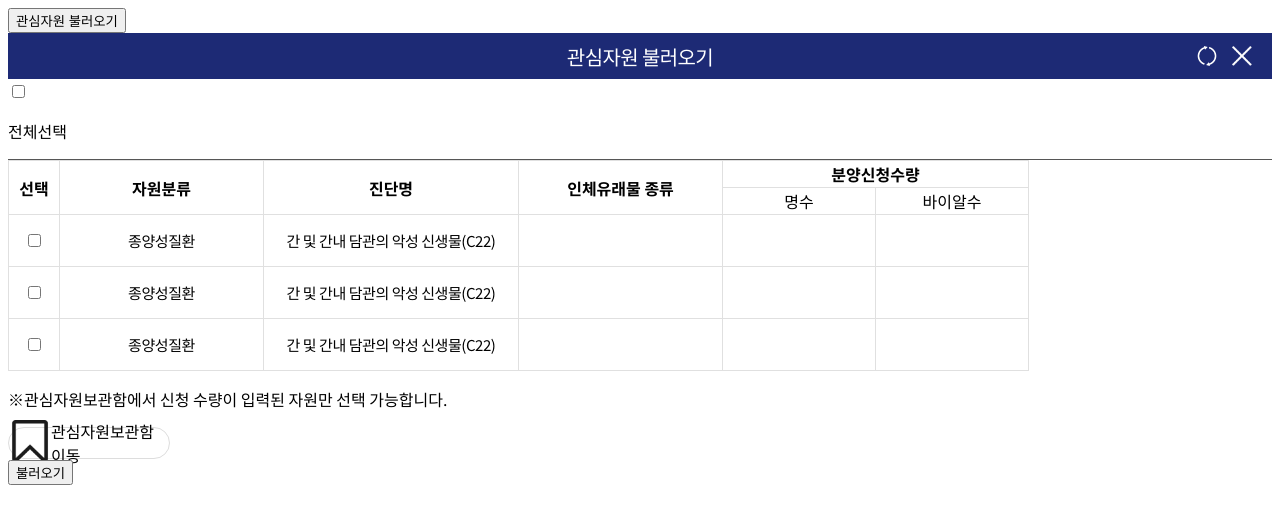
Repository: dlgywls1130/one_popup
Page: index.html
The author's editor kept a copy of each file at every save. The page is drawn from the files as they stood at one save, then again after the next save.
The browser window is 1280 px wide. The pictures show the whole page.
Some web fonts or font styles are not loaded; a fallback is used.

Above is the page before, as saved 2023-10-25 22:13:56.

### index.html
<!DOCTYPE html>
<html lang="en">
<head>
    <meta charset="UTF-8">
    <meta name="viewport" content="width=device-width, initial-scale=1.0">
    <title>관심자원</title>

    <link rel="stylesheet" href="./style.css">

</head>
<body>
    <button type="button">관심자원 불러오기</button>

    <div class="modal_new">
        <div class="modal_head">
            <div class="modal_title">관심자원 불러오기</div>
            <div class="modal_right">
                <div class="refresh">
                    <img src="./img/reload.png">
                </div>
                <div class="close">
                    <img src="./img/close.png">
                </div>
            </div>
        </div>
        <div class="modal_body">
            <div class="all_check">
                <label>
                    <input type="checkbox">
                    <p>전체선택</p>
                </label>
            </div>

            <div class="body_all_list">
                <table class="list_table_wrap">
                    <tr class="table_head">
                        <th rowspan='2'>선택</th>
                        <th rowspan='2'>자원분류</th>
                        <th rowspan='2'>진단명</th>
                        <th rowspan='2'>인체유래물 종류</th>
                        <th colspan='2'>분양신청수량</th>
                    </tr>
                    <tr class="table_head">
                        <td class="column_sum">명수</td>
                        <td class="column_sum">바이알수</td>
                    </tr>
                    <tr class="table_body_content">
                        <td><input type="checkbox" name="choice"></td>
                        <td>종양성질환</td>
                        <td>간 및 간내 담관의 악성 신생물(C22)</td>
                        <td></td>
                        <td></td>
                        <td></td>
                    </tr>
                    <tr  class="table_body_content">
                        <td><input type="checkbox" name="choice"></td>
                        <td>종양성질환</td>
                        <td>간 및 간내 담관의 악성 신생물(C22)</td>
                        <td></td>
                        <td></td>
                        <td></td>
                    </tr>
                    <tr  class="table_body_content">
                        <td><input type="checkbox" name="choice"></td>
                        <td>종양성질환</td>
                        <td>간 및 간내 담관의 악성 신생물(C22)</td>
                        <td></td>
                        <td></td>
                        <td></td>
                    </tr>
                </table>
            </div>


            <p>※관심자원보관함에서 신청 수량이 입력된 자원만 선택 가능합니다.</p>
            <div class="bookmark_link">
                <div class="bookmark_img"><img src="./img/bookmark.png"></div>
                <p>관심자원보관함 이동</p>
            </div>

            <div class="button_import">
                <button type="button">불러오기</button>
            </div>
        </div>
    </div>
</body>
</html>

### style.css


@import url('https://fonts.googleapis.com/css2?family=Noto+Sans+KR:wght@300;400;500;600;700&display=swap');

@import url('https://cdn.jsdelivr.net/gh/orioncactus/pretendard/dist/web/static/pretendard.css');




  .modal_new{
    font-family: 'Noto Sans KR', sans-serif;
  }

.modal_head{
    width: 100%;
    height: 46px;
    display: flex;
    align-items: center;
    justify-content: center;
    background-color: #1D2A75;
    position: relative;
}

.modal_title{
    font-size: 20px;
    letter-spacing: -0.03em;
    color: #fff;
    font-weight: 500;
}

.modal_right{
    position: absolute;
    top: 50%;
    right: 20px;
    transform: translate(0,-50%);
    display: flex;
    align-items: center;
}

.modal_right .refresh{
    margin-right: 15px;
}
.modal_right .refresh,
.modal_right .close{
    width: 20px;
    height: 20px;
}

.modal_right .refresh img,
.modal_right .close img{
    width: 100%;
    height: 100%;
}

.body_all_list{
    border-top: 1px solid #565656;
}

.list_table_wrap,
.list_table_wrap th,
.list_table_wrap td{
    border: 1px solid #E0E0E0;
    border-collapse: collapse;
}

.list_table_wrap tr th:nth-child(1),
.list_table_wrap tr td:nth-child(1){
    width: 5%;
}

.list_table_wrap tr th:nth-child(2),
.list_table_wrap tr td:nth-child(2){
    width: 20%;
}

.list_table_wrap tr th:nth-child(3),
.list_table_wrap tr td:nth-child(3){
    width: 25%;
}

.list_table_wrap tr th:nth-child(4),
.list_table_wrap tr td:nth-child(4){
    width: 20%;
}

.list_table_wrap tr th:nth-child(5),
.list_table_wrap tr td:nth-child(5){
    width: 15%;
}

.list_table_wrap tr th:nth-child(6),
.list_table_wrap tr td:nth-child(6){
    width: 15%;
}

.list_table_wrap .table_head{
    font-weight: 500;
    font-size: 16px;
    font-family: Pretendard,'Noto Sans KR', sans-serif;
    text-align: center;
}


.table_body_content td{
    font-weight: 400;
    font-size: 15px;
    letter-spacing: -0.03em;
    text-align: center;
    padding:15px;
    box-sizing: border-box;
}

.column_sum{

}

.bookmark_link{
    width: 160px;
    height: 30px;
    display: flex;
    align-items: center;
    border: 1px solid #DDDDDD;
    border-radius: 44px;
}

After the next save:
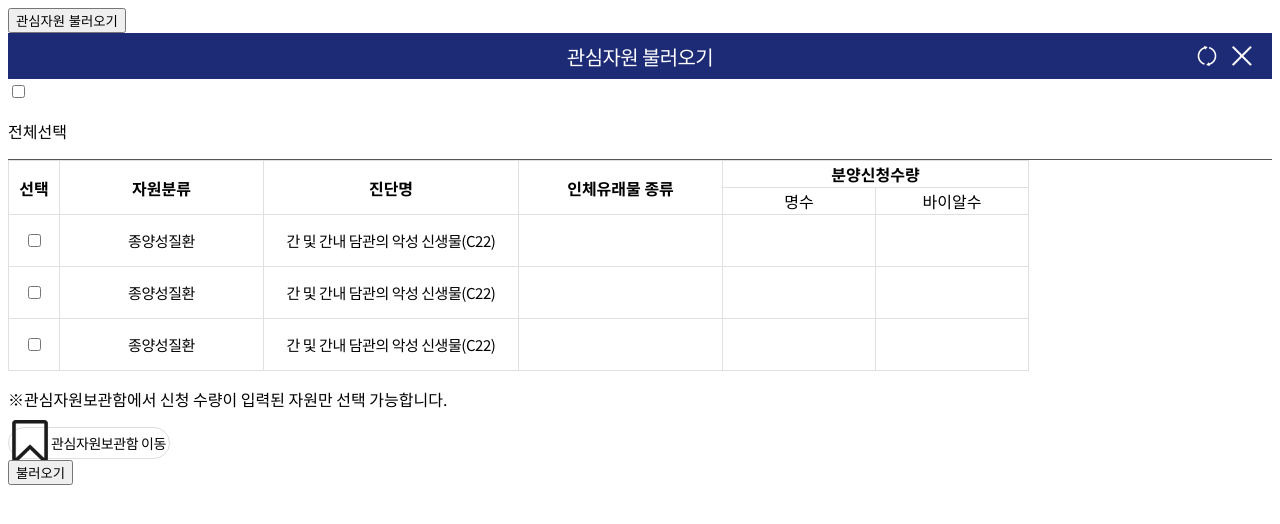
Saved 46 s later.
--- a/style.css
+++ b/style.css
@@ -122,3 +122,10 @@
     border: 1px solid #DDDDDD;
     border-radius: 44px;
 }
+
+.bookmark_link p{
+    font-size: 14px;
+    font-weight: 400;
+    letter-spacing: -0.03em;
+
+}
